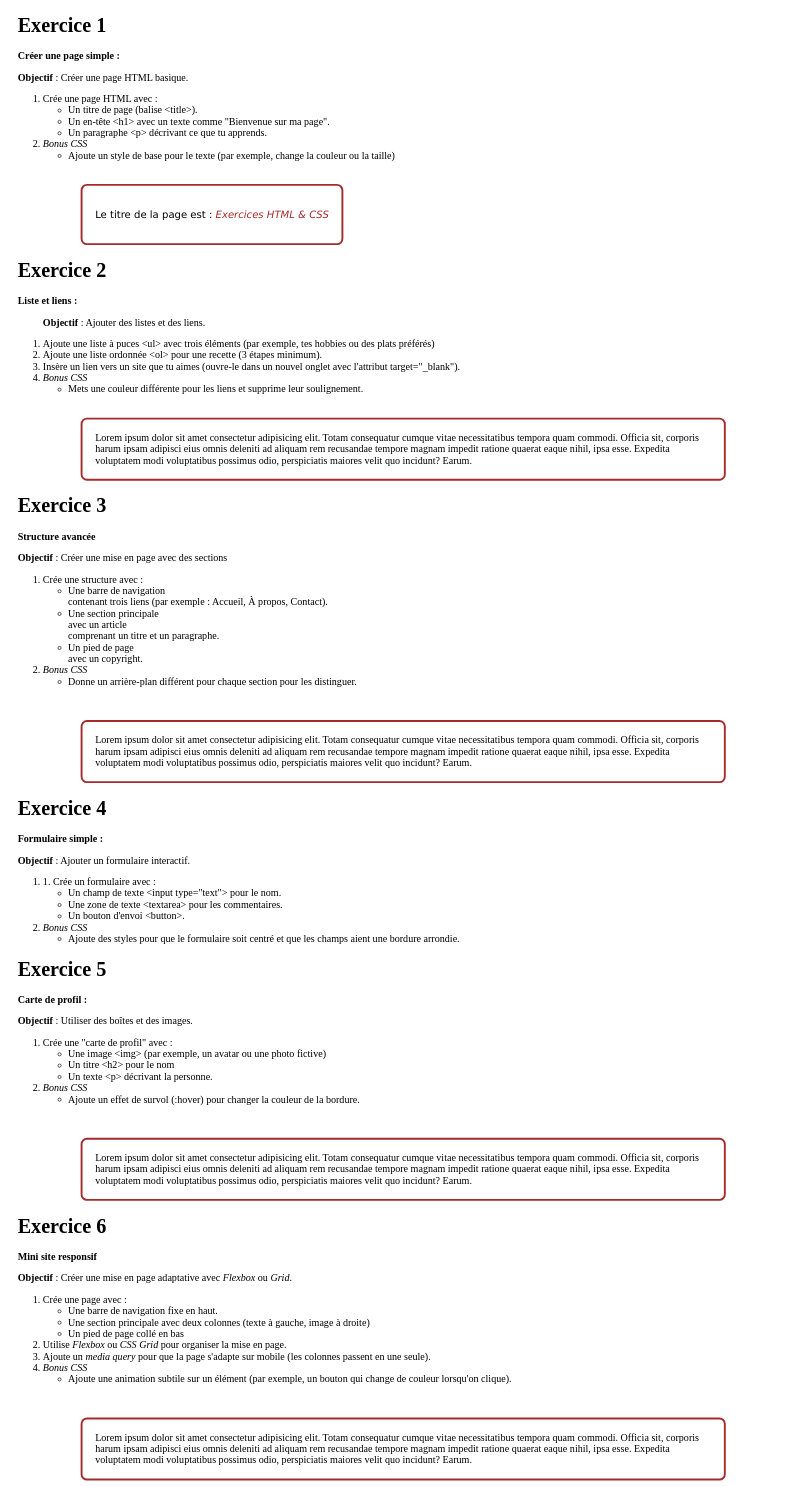
Repository: AnnaSpirit/Mimo_App
Page: Exercices_HTML&CSS.html
An editor plug-in stored every save of this project. The page is shown before and after the next save, followed by the edit.
The browser window is 1280 px wide. The pictures show the whole page, at 63% of full size.

Above is the page before, as saved 2024-12-08 12:29:52.

After the next save:
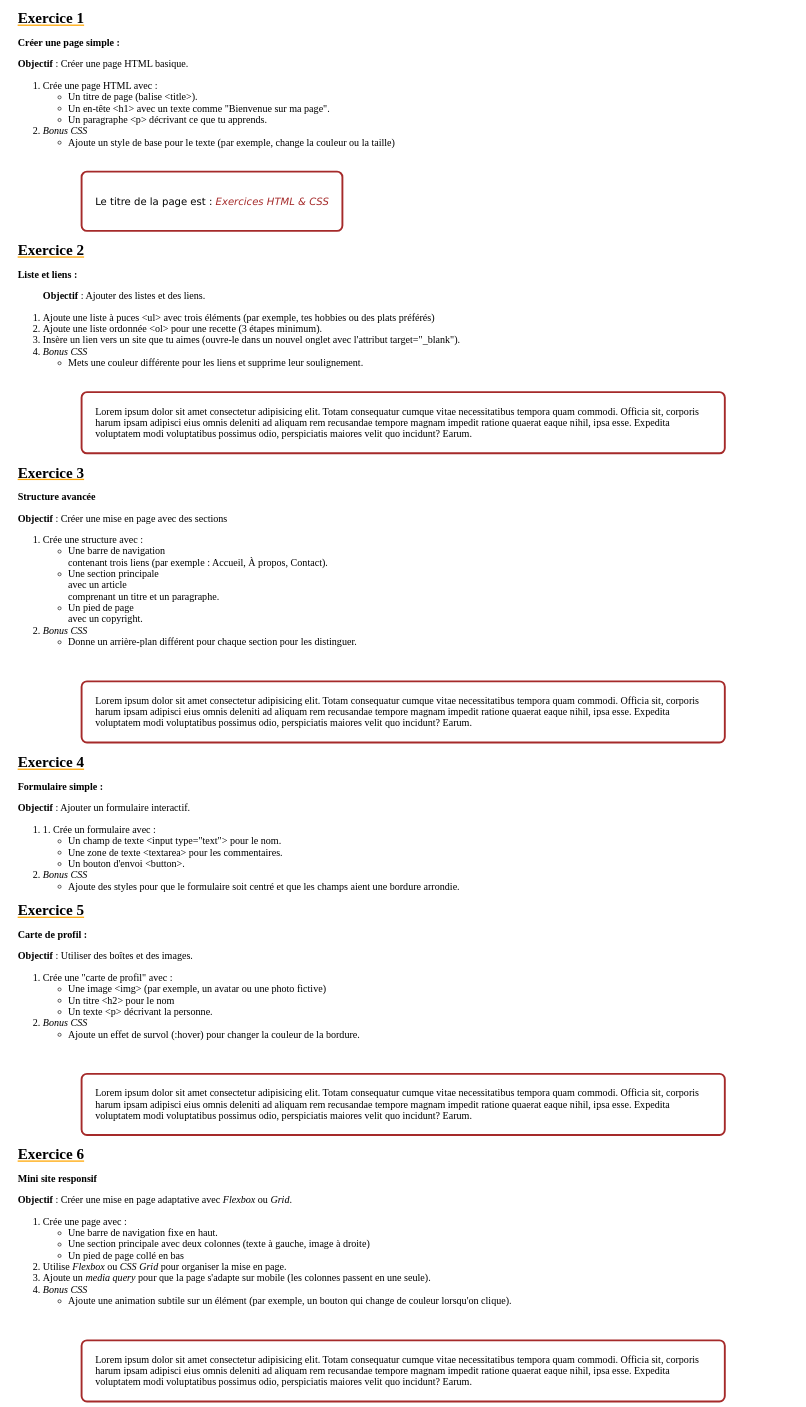
Saved 25 s later.
--- a/styleCSS.css
+++ b/styleCSS.css
@@ -1,7 +1,7 @@
 html{
     margin: 0 20px 0 20px;
 }
-.Ex h1{
+h1{
     font-weight: bold;
     font-size: x-large;
     text-decoration: underline orange;

After the save that followed:
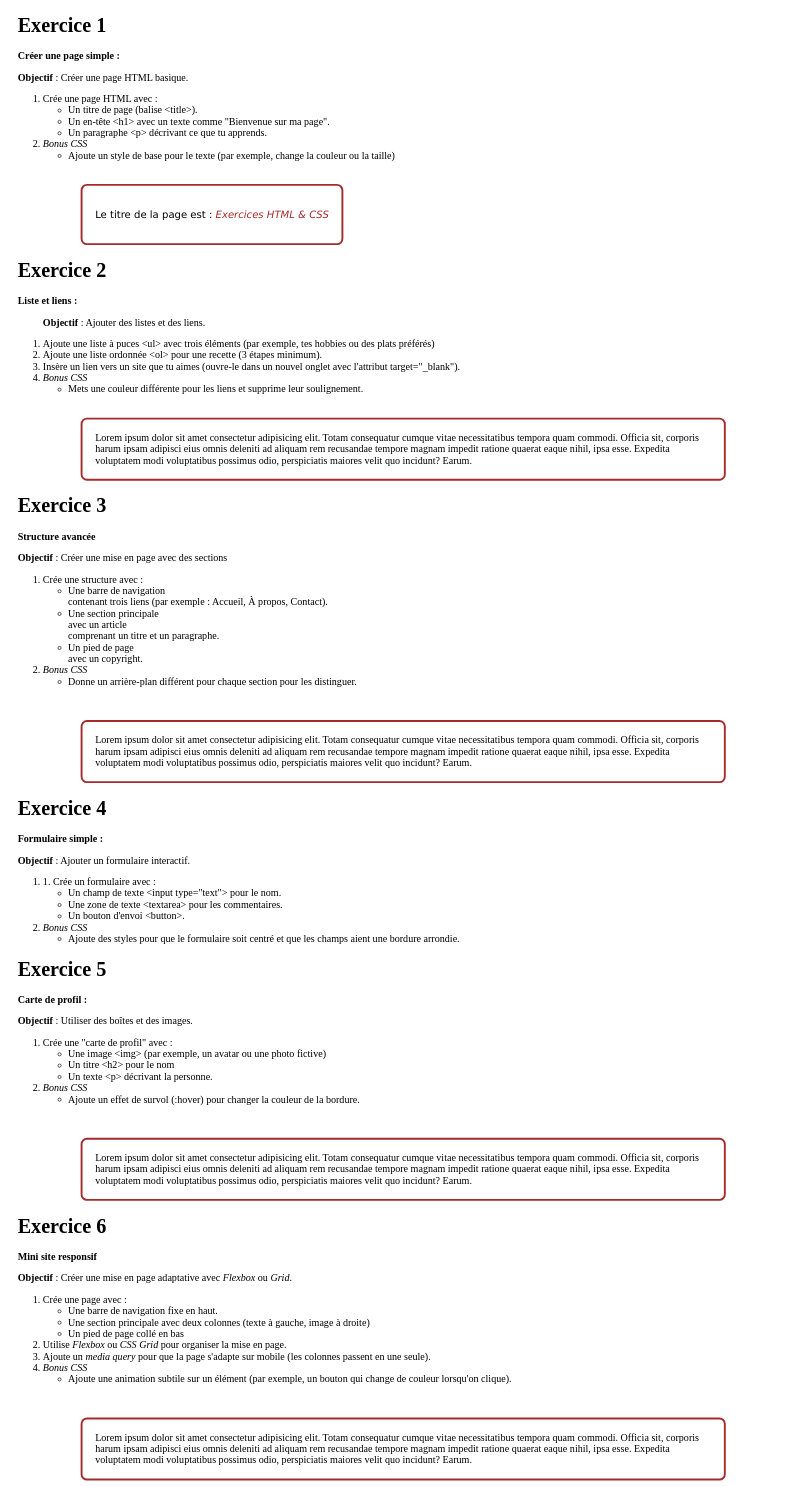
Saved 5 s later.
--- a/styleCSS.css
+++ b/styleCSS.css
@@ -1,7 +1,7 @@
 html{
     margin: 0 20px 0 20px;
 }
-h1{
+.Ex h1{
     font-weight: bold;
     font-size: x-large;
     text-decoration: underline orange;
